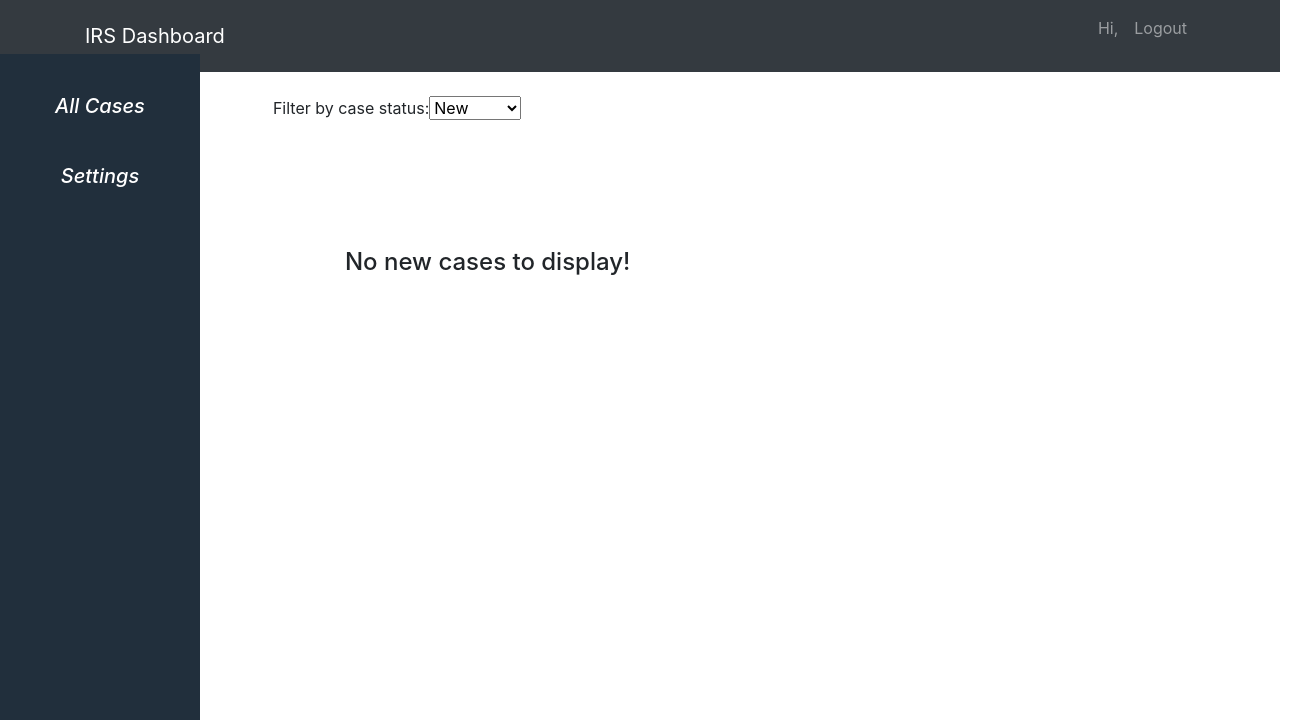
Repository: greeshmavyas/IRS_CS
Page: /AgentDashboard (app in AgentManagement/Frontend/)
An editor plug-in stored every save of this project. The page is shown before and after the next save, followed by the edit.
The browser window is 1280 px wide. The page is 1295 px wide, so the pictures cover 1295 px, including what lies to the right of the window. The pictures show the whole page.
Some web libraries are served in a nearby version. The project was rebuilt for these pictures with package versions that can differ from the ones it lists, and the page was loaded fresh each time. Also part of the build but not shown: AgentManagement/Frontend/src/components/NavbarLogin.js, AgentManagement/Frontend/src/components/login.js, AgentManagement/Frontend/src/components/updateProfile.js, AgentManagement/frontend/src/App.css.

Above is the page before, as saved 2020-10-27 11:20:58.

After the next save:
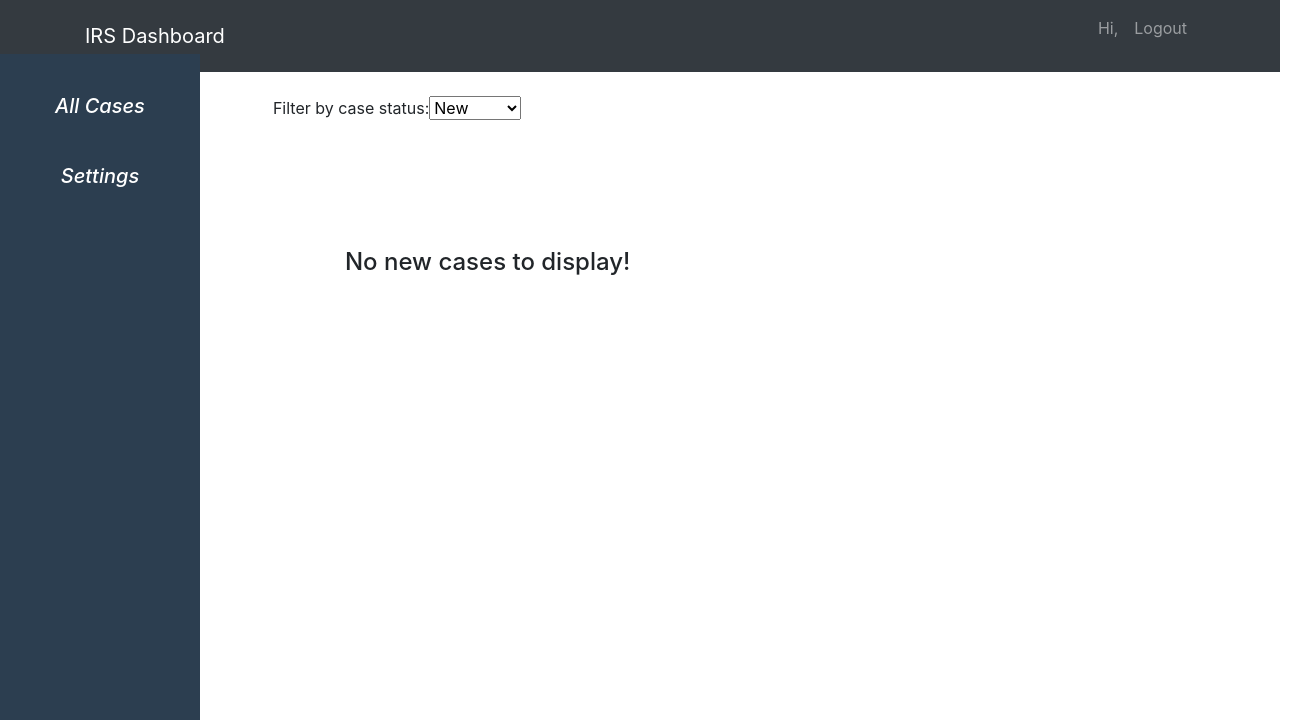
Saved 28 s later.
--- a/AgentManagement/Frontend/src/components/Sidebar.js
+++ b/AgentManagement/Frontend/src/components/Sidebar.js
@@ -8,7 +8,7 @@ const StyledSideNav = styled.div`
     width: 200px;     /* Set the width of the sidebar */
     z-index: 1;      /* Stay on top of everything */
     top: 3.4em;      /* Stay at the top */
-    background-color: #212F3C; /* Black */
+    background-color: #2C3E50 ; /* Black */
     overflow-x: hidden;     /* Disable horizontal scroll */
     padding-top: 40px;
     font-style: oblique;
